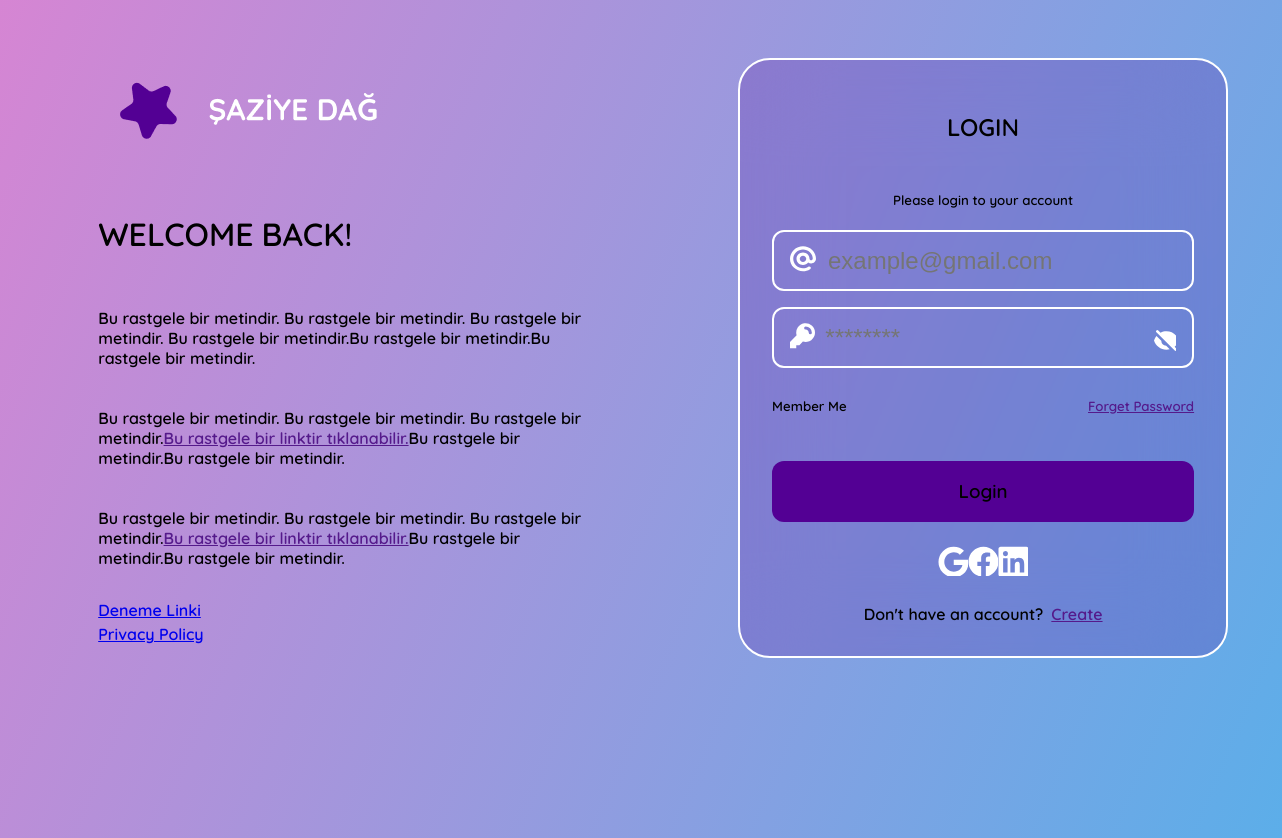
Repository: szydag/login
Page: /
An editor plug-in stored every save of this project. The page is shown before and after the next save, followed by the edit.
The browser window is 1280 px wide. The page is 1282 px wide, so the pictures cover 1282 px, including what lies to the right of the window. The pictures show the whole page.
The project was rebuilt for these pictures with package versions that can differ from the ones it lists, and the page was loaded fresh each time. Also part of the build but not shown: src/assets/svgr/unhiddenIcon/index.js.

Above is the page before, as saved 2023-11-02 00:53:04.

### src/index.js
import React from 'react';
import ReactDOM from 'react-dom/client';
import App from './app/index';
import {
    BrowserRouter
} from "react-router-dom";

const root = ReactDOM.createRoot(document.getElementById('root'));
root.render(
    <BrowserRouter>
        <App />
    </BrowserRouter>
);

### src/app/index.js
import LoginPage from "./pages/login";
import useStyles from "./style";

const App = () => {
    const classes = useStyles();
    return <div
        className={classes.main}
    >
        <LoginPage />
    </div>

};

export default App;

### src/app/pages/login/index.js
import React, { useEffect } from 'react'
import useStyles from './style';
import logo from './../../../assets/logo.png'
import MailIcon from './../../../assets/svgr/mailIcon/index.js'
import PasswordIcon from './../../../assets/svgr/passwordIcon/index.js'
import HiddenIcon from './../../../assets/svgr/hiddenIcon/index.js'
import UnhiddenIcon from './../../../assets/svgr/unhiddenIcon/index.js'
import GoogleIcon from './../../../assets/svgr/googleIcon/index.js'
import FacebookIcon from './../../../assets/svgr/facebookIcon/index.js'
import LinkedInIcon from './../../../assets/svgr/linkedInIcon/index.js'
const LoginPage = () => {

    const classes = useStyles();
    return <div
        className={classes.loginPage}
    >
        <div
            className={classes.promotionTextsContainer}
        >
            <div
                className={classes.promotionTexts}
            >
                <div
                    className={classes.logo}
                >
                    <img
                        src={logo}
                        alt=""
                    />
                </div>
                <div
                    className={classes.mainContent}
                >
                    <div
                        className={classes.title}
                    >
                        <h1
                            className={'${classes.titleText} ${classes.welcomeText} '}
                        >
                            WELCOME
                        </h1>
                        <h1>BACK!</h1>
                    </div>
                    <div
                        className={classes.contentText}
                    >
                        <p>
                            Bu rastgele bir metindir. Bu rastgele bir metindir. Bu rastgele bir metindir. Bu rastgele bir metindir.Bu rastgele bir metindir.Bu rastgele bir metindir.
                        </p>
                        <p>
                            Bu rastgele bir metindir. Bu rastgele bir metindir. Bu rastgele bir metindir.
                            <a
                                href=""
                            >
                                Bu rastgele bir linktir tıklanabilir.
                            </a>
                            Bu rastgele bir metindir.Bu rastgele bir metindir.
                        </p>
                        <p>
                            Bu rastgele bir metindir. Bu rastgele bir metindir. Bu rastgele bir metindir.
                            <a
                                href=""
                            >
                                Bu rastgele bir linktir tıklanabilir.
                            </a>
                            Bu rastgele bir metindir.Bu rastgele bir metindir.
                        </p>
                    </div>
                    <div
                        className={classes.links}
                    >
                        <a
                            href="

                    ">
                            Deneme Linki
                        </a>
                        <a
                            href="

                    ">
                            Privacy Policy
                        </a>
                    </div>

                </div>
            </div>
        </div>
        <div
            className={classes.loginAreaContainer}
        >
            <div
                className={classes.loginArea}
            >
                <div
                    className={classes.header}
                >
                    <h2>LOGIN</h2>
                    <h5>Please login to your account</h5>
                </div>
                <div
                    className={classes.container}
                >
                    <div
                        className={classes.loginMainContent}
                    >
                        <div
                            className={classes.inputArea}
                        >
                            <div
                                className={classes.mailInput}
                            >

                                <div
                                    className={classes.content}
                                >
                                    <MailIcon
                                        color='#ffffff'
                                        size={30}
                                    />
                                    <input
                                        className={classes.input}
                                        type="text"
                                        placeholder='example@gmail.com'
                                    />
                                </div>
                            </div>
                            <div
                                className={classes.passwordInput}
                            >
                                <div
                                    className={classes.content}
                                >
                                    <PasswordIcon
                                        color='#ffffff'
                                        size={30}
                                    />
                                    <input
                                        className={classes.input}
                                        type="password"
                                        placeholder='********'
                                    />
                                    <HiddenIcon
                                        color='#ffffff'
                                        size={30}
                                    />
                                </div>


                            </div>
                        </div>
                        <div
                            className={classes.passwordSettingsArea}
                        >
                            <div
                                className={classes.memberMeArea}
                            >
                                <h5>Member Me</h5>
                            </div>
                            <h5>
                                <a href="">
                                    Forget Password
                                </a>
                            </h5>
                        </div>
                    </div>
                    <div
                        className={classes.loginButton}
                    >
                        <h3>Login</h3>
                    </div>
                </div>
                <div
                    className={classes.accountSettings}
                >
                    <div
                        className={classes.accountSettingsTitle}
                    >

                    </div>
                    <div
                        className={classes.socialMediaIcons}
                    >
                        <GoogleIcon
                            color='#ffffff'
                            size={30}
                        />
                        <FacebookIcon
                            color='#ffffff'
                            size={30}
                        />
                        <LinkedInIcon
                            color='#ffffff'
                            size={30}
                        />
                    </div>
                    <div
                        className={classes.newAccountArea}
                    >
                        <span>
                            Don't have an account?
                        </span>
                        <a href="">
                            Create
                        </a>
                    </div>
                </div>
            </div>
        </div>
    </div>
}

export default LoginPage;

### src/app/style.js
import { createUseStyles } from "react-jss";

const useStyles = createUseStyles({
    "@font-face": [
        {
            fontFamily: "Quicksand-Bold",
            src: 'url("/public/assets/fonts/Quicksand-Bold.ttf")',
            fontStyle: "normal"
        },
        {
            fontFamily: "Quicksand-Light",
            src: 'url("/public/assets/fonts/Quicksand-Light.ttf")',
            fontStyle: "normal"
        },
        {
            fontFamily: "Quicksand-Medium",
            src: 'url("/public/assets/fonts/Quicksand-Medium.ttf")',
            fontStyle: "normal"
        },
        {
            fontFamily: "Quicksand-Regular",
            src: 'url("/public/assets/fonts/Quicksand-Regular.ttf")',
            fontStyle: "normal"
        },
        {
            fontFamily: "Quicksand-SemiBold",
            src: 'url("/public/assets/fonts/Quicksand-SemiBold.ttf")',
            fontStyle: "normal"
        }
    ],
    main: {
        fontFamily: "Quicksand-SemiBold",
        width: '100%',
        height: '100%',
    },
})
export default useStyles;

### src/app/pages/login/style.js

import { createUseStyles } from "react-jss";

const useStyles = createUseStyles({
    "@font-face": [
        {
            fontFamily: "Quicksand-Bold",
            src: 'url("/public/assets/fonts/Quicksand-Bold.ttf")',
            fontStyle: "normal"
        },
        {
            fontFamily: "Quicksand-Light",
            src: 'url("/public/assets/fonts/Quicksand-Light.ttf")',
            fontStyle: "normal"
        },
        {
            fontFamily: "Quicksand-Medium",
            src: 'url("/public/assets/fonts/Quicksand-Medium.ttf")',
            fontStyle: "normal"
        },
        {
            fontFamily: "Quicksand-Regular",
            src: 'url("/public/assets/fonts/Quicksand-Regular.ttf")',
            fontStyle: "normal"
        },
        {
            fontFamily: "Quicksand-SemiBold",
            src: 'url("/public/assets/fonts/Quicksand-SemiBold.ttf")',
            fontStyle: "normal"
        }
    ],
    h1: {
        fontFamily: 'Quicksand-SemiBold',
    },
    loginPage: {
        margin: "-10px",
        padding: '60px 40px',
        height: '100vh',
        display: 'flex',
        alignItems: 'flex-start',
        gap: '64px',
        background: 'linear-gradient(113deg, #B9A675 0%, #D685D3 0%, #5CAEE9 100%)',
    },
    promotionTextsContainer: {
        width: '50%',
        display: 'flex',
        flexDirection: 'column',
        justifyContent: 'center',
        alignItems: 'center',
        padding: '0 5%',
    },
    promotionTexts: {
        display: 'flex',
        flexDirection: 'column',
        alignItems: 'flex-start',
        gap: '32px',
    },
    logo: {
        display: 'flex',
        alignItems: 'center',
        gap: '8px',
    },
    mainContent: {
        display: 'flex',
        flexDirection: 'column',
        justifyContent: ' center',
        alignItems: 'flex-start',
        gap: '16px',
    },
    title: {
        display: 'flex',
        alignItems: 'flex-start',
        gap: '8px',
    },
    titleText: {
        fontFamily: 'Quicksand-Regular',
        fontSize: '35px',
        fontStyle: 'normal',
        fontWeight: '700',
        lineHeight: 'normal',
    },
    welcomeText: {
        color: '#530094',
    },
    backText:{
        color: '#ffffff',
    },
    contentText: {
        display: 'flex',
        flexDirection: 'column',
        alignItems: 'flex - start',
        gap: '8px',
    },
    links: {
        display: 'flex',
        flexDirection: 'column',
        alignItems: 'flex-start',
        gap: '4px',
    },
    loginAreaContainer: {
        width: '50%',
        display: 'flex',
        flexDirection: 'column',
        justifyContent: 'center',
        alignItems: 'center',
        padding: '0 8px',
    },
    loginArea: {
        display: 'flex',
        padding: '32px',
        flexDirection: 'column',
        justifyContent: 'center',
        alignItems: 'center',
        borderRadius: '32px',
        border: '2px solid #FFF',
        background: 'rgba(83, 0, 148, 0.20)',
        backdropFilter: 'blur(45px)',
    },
    header: {
        display: 'flex',
        flexDirection: 'column',
        alignItems: 'center',
        gap: '8px',
    },
    container: {
        display: 'flex',
        flexDirection: 'column',
        alignItems: 'flex-start',
        gap: '24px',
        alignSelf: 'stretch',
    },
    loginMainContent: {
        display: 'flex',
        flexDirection: 'column',
        justifyContent: 'center',
        alignItems: 'center',
        gap: '8px',
        alignSelf: 'stretch',
    },
    inputArea: {
        display: 'flex',
        flexDirection: 'column',
        alignItems: 'flex-start',
        gap: '16px',
        alignSelf: 'stretch',
    },
    mailInput: {
        display: 'flex',
        height: '25px',
        padding: '16px',
        flexDirection: 'column',
        justifyContent: 'center',
        alignItems: 'flex-start',
        borderRadius: '12px',
        border: '2px solid #FFF',
        alignSelf: 'stretch',
    },
    content: {
        width: '100%',
        height: '100%',
        display: 'flex',
        justifyContent: 'center',
        alignItems: 'center',
        gap: '6px',
    },
    input: {
        width: '90%',
        height: '100%',
        border: 'none',
        background: 'rgba(255, 255, 255, 0.00)',
        color: '#530094',
        fontSize: '24px'
    },
    passwordInput: {
        display: 'flex',
        height: '25px',
        padding: '16px',
        justifyContent: 'space-between',
        alignItems: 'center',
        alignSelf: 'stretch',
        borderRadius: '12px',
        border: '2px solid #FFF',
    },
    passwordSettingsArea: {
        display: 'flex',
        justifyContent: 'space-between',
        alignItems: 'flex-start',
        alignSelf: 'stretch',
    },
    memberMeArea: {
        display: 'flex',
        alignItems: 'center',
        gap: '8px',
    },
    loginButton: {
        width: "100%",
        display: 'flex',
        justifyContent: 'center',
        alignItems: 'center',
        alignSelf: 'stretch',
        borderRadius: '12px',
        background: '#530094',
    },
    accountSettings: {
        display: 'flex',
        flexDirection: 'column',
        alignItems: 'center',
        gap: '24px',
    },
    accountSettingsTitle: {
        display: 'flex',
        justifyContent: 'center',
        alignItems: 'center',
        gap: '8px',
    },
    socialMediaIcons: {
        gap: '20px'
    },
    newAccountArea: {
        display: 'flex',
        justifyContent: 'center',
        alignItems: 'flex-start',
        gap: '8px',
    },
})
export default useStyles;

### src/assets/svgr/mailIcon/index.js
import * as React from "react"
const MailIcon = ({
    color = "#ffffff",
    size = 30,
    ...props
}) => {
    const pathScale = 30 / size;
    return <svg
        xmlns="http://www.w3.org/2000/svg"
        width={size}
        height={size}
        fill="none"
        {...props}
    >
        <path
            fill={color}
            transform={`scale(${1 / 1})`}
            d="M19.894 6.125c-3.807-3.661-9.98-3.661-13.788 0s-3.808 9.597 0 13.258c3.31 3.183 8.41 3.6 12.187 1.248.753-.47 1.759-.263 2.247.461.488.725.273 1.692-.48 2.161-5.038 3.138-11.837 2.586-16.252-1.66-5.077-4.881-5.077-12.796 0-17.678 5.076-4.881 13.308-4.881 18.384 0C24.73 6.355 26 9.558 26 12.755c0 2.588-2.183 4.687-4.875 4.687a4.982 4.982 0 0 1-2.925-.937c-1.186 1.517-3.074 2.5-5.2 2.5-3.59 0-6.5-2.799-6.5-6.25 0-3.453 2.91-6.25 6.5-6.25s6.5 2.797 6.5 6.25c0 .862.727 1.562 1.625 1.562s1.625-.7 1.625-1.563c0-2.402-.952-4.798-2.856-6.629Zm-3.644 6.63c0-1.727-1.455-3.126-3.25-3.126s-3.25 1.4-3.25 3.125c0 1.726 1.455 3.125 3.25 3.125s3.25-1.399 3.25-3.125Z"
        />
    </svg>
}
export default MailIcon

### src/assets/svgr/passwordIcon/index.js
import * as React from "react"
const PasswordIcon = ({
    color = "#ffffff",
    size = 30,
    ...props
}) => {
    const pathScale = 30 / size;
    return <svg
        xmlns="http://www.w3.org/2000/svg"
        width={size}
        height={size}
        fill="none"
        {...props}
    >
        <path
            fill={color}
            transform={`scale(${1 / 1})`}
            d="M25 9.63a9.375 9.375 0 0 1-12.098 8.972L9.375 22.13H6.25v3.125H0v-6.25l6.652-6.652A9.375 9.375 0 1 1 25 9.63Zm-9.375-6.25a1.563 1.563 0 0 0 0 3.124c1.726 0 3.125 1.4 3.125 3.125a1.563 1.563 0 0 0 3.125 0 6.25 6.25 0 0 0-6.25-6.25Z"
        />
    </svg>
}
export default PasswordIcon

### src/assets/svgr/hiddenIcon/index.js
import * as React from "react"
const HiddenIcon = ({
    color = "#ffffff",
    size = 30,
    ...props
}) => {
    const pathScale = 30 / size;
    return <svg
        xmlns="http://www.w3.org/2000/svg"
        width={size}
        height={size}
        fill="none"
        {...props}
    >
        <path
            fill={color}
            transform={`scale(${1 / 1})`}
            d="M9.256 7.404a1.31 1.31 0 1 0-1.852 1.853l18.34 18.34a1.31 1.31 0 1 0 1.852-1.854l-1.93-1.93A13.119 13.119 0 0 0 30 17.5c-1.67-5.315-6.634-9.17-12.5-9.17-2.127 0-4.135.507-5.911 1.407L9.256 7.404Zm5.582 5.582 1.983 1.983a2.62 2.62 0 0 1 3.21 3.21l1.983 1.983a5.24 5.24 0 0 0-7.176-7.176Z"
        />
        <path
            fill="#fff"
            d="m20.715 26.273-3.543-3.543a5.24 5.24 0 0 1-4.902-4.902L7.46 13.017A13.074 13.074 0 0 0 5 17.5c1.67 5.315 6.634 9.17 12.5 9.17 1.11 0 2.186-.138 3.215-.398Z"
        />
    </svg>
}
export default HiddenIcon

### src/assets/svgr/googleIcon/index.js
import * as React from "react"
const GoogleIcon = ({
    color = "#ffffff",
    size = 30,
    ...props
}) => {
    const pathScale = 30 / size;
    return <svg
        xmlns="http://www.w3.org/2000/svg"
        width={size}
        height={size}
        fill="none"
        {...props}
    >
        <path
            fill={color}
            transform={`scale(${1 / 1})`}
            d="M30.5 16.357c0 8.698-5.957 14.889-14.754 14.889A15.228 15.228 0 0 1 .5 16 15.228 15.228 0 0 1 15.746.754c4.106 0 7.561 1.506 10.223 3.99l-4.15 3.99C16.392 3.496 6.298 7.43 6.298 16c0 5.318 4.248 9.627 9.449 9.627 6.037 0 8.3-4.328 8.656-6.572h-8.656v-5.243H30.26c.142.78.24 1.53.24 2.545Z"
        />
    </svg>
}
export default GoogleIcon

### src/assets/svgr/facebookIcon/index.js
import * as React from "react"
const FacebookIcon = ({
    color = "#ffffff",
    size = 30,
    ...props
}) => {
    const pathScale = 30 / size;
    return <svg
        xmlns="http://www.w3.org/2000/svg"
        width={size}
        height={size}
        fill="none"
        {...props}
    >
        <path
            fill={color}
            transform={`scale(${1 / 1})`}
            d="M30.5 15.754c0-8.286-6.714-15-15-15s-15 6.714-15 15c0 7.487 5.485 13.692 12.656 14.819V20.09h-3.81v-4.336h3.81V12.45c0-3.759 2.238-5.835 5.666-5.835 1.641 0 3.358.293 3.358.293v3.689h-1.892c-1.863 0-2.444 1.156-2.444 2.343v2.815h4.16l-.666 4.336h-3.494v10.483C25.014 29.446 30.5 23.24 30.5 15.754Z"
        />
    </svg>
}
export default FacebookIcon

### src/assets/svgr/linkedInIcon/index.js
import * as React from "react"
const LinkedInIcon = ({
    color = "#ffffff",
    size = 30,
    ...props
}) => {
    const pathScale = 30 / size;
    return <svg
        xmlns="http://www.w3.org/2000/svg"
        width={size}
        height={size}
        fill="none"
        {...props}
    >
        <path
            fill={color}
            transform={`scale(${1 / 1})`}
            d="M28.357.754H2.637C1.456.754.5 1.725.5 2.917v25.674c0 1.192.958 2.163 2.136 2.163h25.721c1.179 0 2.143-.97 2.143-2.163V2.917c0-1.192-.964-2.163-2.143-2.163ZM9.567 26.468H5.121V12.151h4.453v14.317h-.007ZM7.344 10.196a2.58 2.58 0 0 1 0-5.156 2.584 2.584 0 0 1 2.578 2.578 2.575 2.575 0 0 1-2.578 2.578Zm18.89 16.272h-4.446v-6.964c0-1.66-.034-3.797-2.31-3.797-2.317 0-2.672 1.808-2.672 3.677v7.084h-4.447V12.151h4.266v1.956h.06c.596-1.125 2.05-2.31 4.212-2.31 4.5 0 5.337 2.966 5.337 6.823v7.848Z"
        />
    </svg>
}
export default LinkedInIcon

Loaded but not shown: public/index.html (common file)

After the next save:
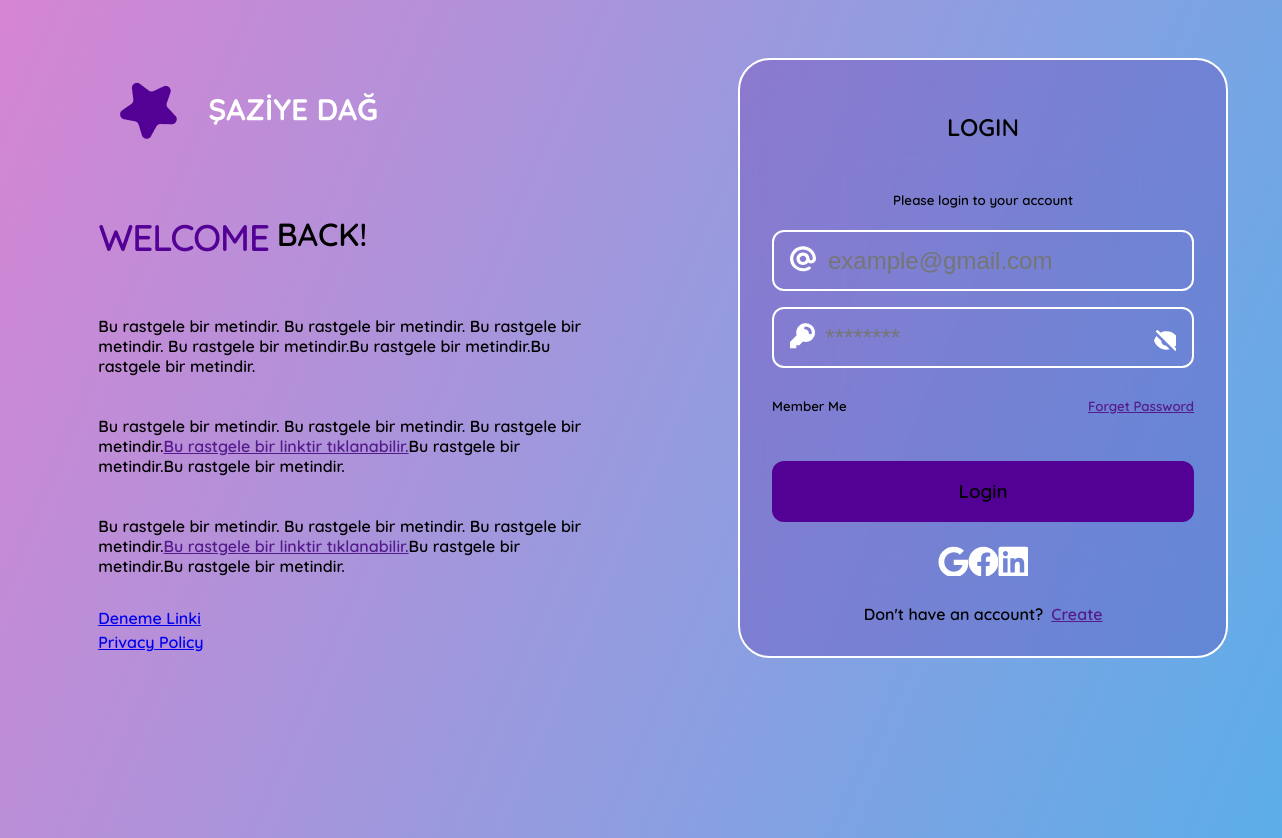
Saved 28 s later.
--- a/src/app/pages/login/index.js
+++ b/src/app/pages/login/index.js
@@ -35,7 +35,7 @@ const LoginPage = () => {
                         className={classes.title}
                     >
                         <h1
-                            className={'${classes.titleText} ${classes.welcomeText} '}
+                            className={`${classes.titleText} ${classes.welcomeText}`}
                         >
                             WELCOME
                         </h1>
